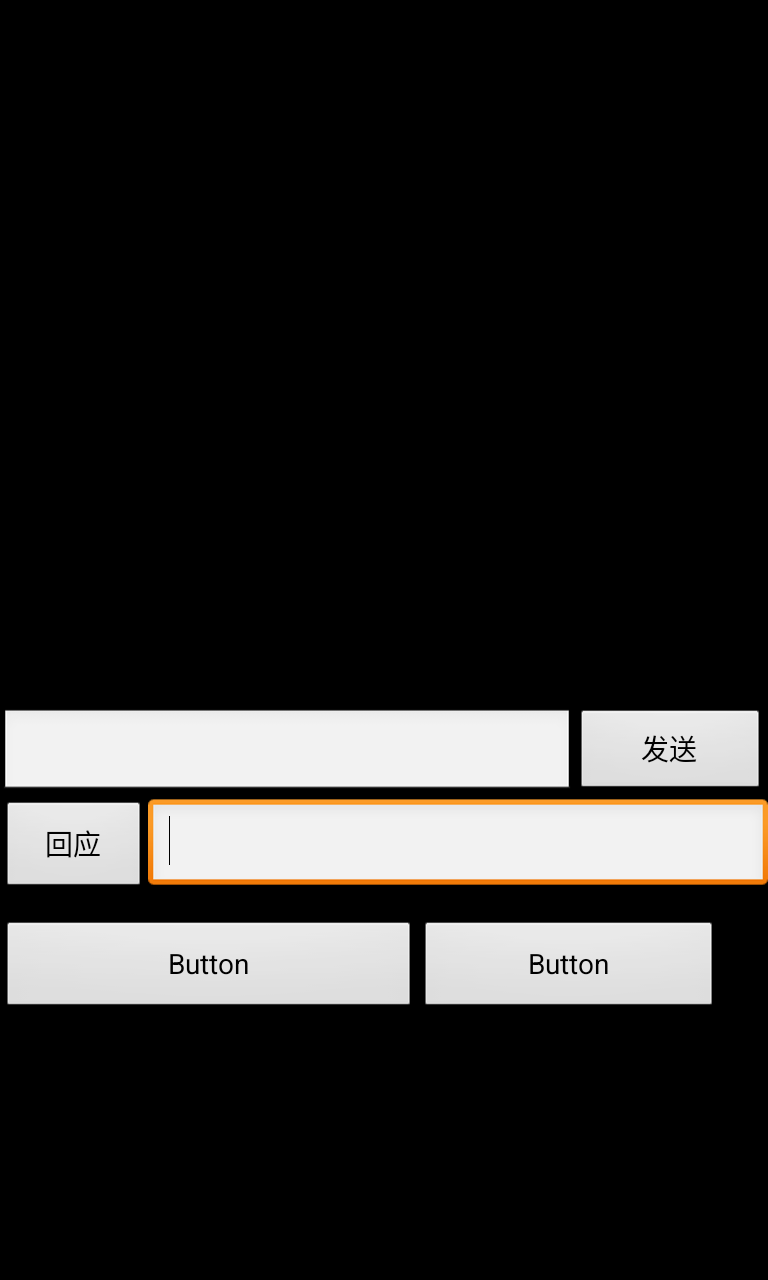
Repository: wobutianl/suntec_telli
Layout: ThreadTest/res/layout/main.xml
An editor plug-in stored every save of this project. The layout is shown before and after the next save, followed by the edit.
It is drawn on a 768 x 1280 px phone screen (xhdpi) without system bars, with theme android:Theme; the app's code is not run. Lists and similar views that code fills are empty.

Above is the layout before, as saved 2014-09-09 04:24:16.

### ThreadTest/res/layout/main.xml
<?xml version="1.0" encoding="utf-8"?>
<LinearLayout xmlns:android="http://schemas.android.com/apk/res/android"
	android:orientation="vertical"
	android:layout_width="fill_parent"
	android:layout_height="fill_parent"
	android:weightSum="1">
	<LinearLayout
		android:layout_height="wrap_content"
		android:layout_width="match_parent"
		android:id="@+id/linearLayout1"
		android:orientation="vertical">

		<ListView
			android:id="@+id/listView1"
			android:layout_width="match_parent" android:layout_height="354dp"></ListView>
	</LinearLayout>

	<LinearLayout
		android:layout_width="match_parent"
		android:id="@+id/linearLayout2"
		android:baselineAligned="false"
		android:layout_height="45dp">

		<EditText
			android:layout_height="wrap_content"
			android:layout_width="wrap_content"
			android:id="@+id/sendText"
			android:layout_weight="0.34">
			<requestFocus></requestFocus>
		</EditText>

		<Button
			android:id="@+id/sendBtn"
			android:text="发送"
			android:layout_height="wrap_content"
			android:layout_width="wrap_content"
			android:layout_weight="0.06"></Button>
	</LinearLayout>

	<LinearLayout
		android:layout_height="wrap_content"
		android:layout_width="match_parent"
		android:id="@+id/linearLayout3" android:layout_weight="0.09">

		<Button
			android:id="@+id/resBtn"
			android:text="回应"
			android:layout_height="wrap_content"
			android:layout_width="wrap_content"
			android:layout_weight="0.08"></Button>

		<EditText
			android:layout_height="wrap_content"
			android:layout_width="wrap_content"
			android:id="@+id/resText"
			android:layout_weight="0.95">
			<requestFocus></requestFocus>
		</EditText>
	</LinearLayout>
	<LinearLayout
		android:layout_height="wrap_content"
		android:id="@+id/linearLayout4"
		android:layout_width="match_parent"
		android:weightSum="1">
		<Button
			android:layout_width="wrap_content"
			android:layout_height="wrap_content"
			android:text="Button" android:id="@+id/button1"
			android:layout_weight="0.86"></Button>

		<Button
			android:layout_height="wrap_content"
			android:text="Button" android:id="@+id/button2"
			android:layout_width="151dp"></Button>
	</LinearLayout>
</LinearLayout>

After the next save:
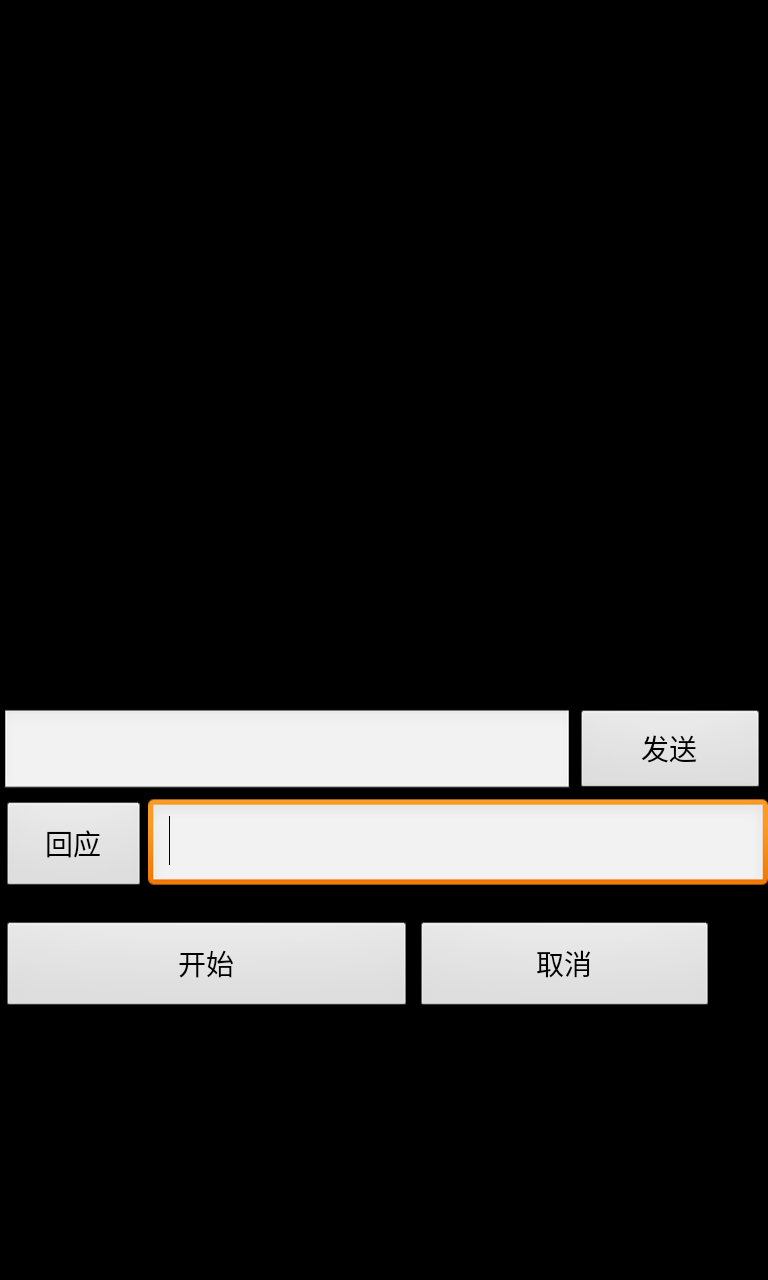
Saved 56 min 51 s later.
--- a/ThreadTest/res/layout/main.xml
+++ b/ThreadTest/res/layout/main.xml
@@ -65,12 +65,12 @@
 		<Button
 			android:layout_width="wrap_content"
 			android:layout_height="wrap_content"
-			android:text="Button" android:id="@+id/button1"
+			android:text="开始" android:id="@+id/beginBtn"
 			android:layout_weight="0.86"></Button>
 
 		<Button
 			android:layout_height="wrap_content"
-			android:text="Button" android:id="@+id/button2"
+			android:text="取消" android:id="@+id/cancelBtn"
 			android:layout_width="151dp"></Button>
 	</LinearLayout>
 </LinearLayout>
